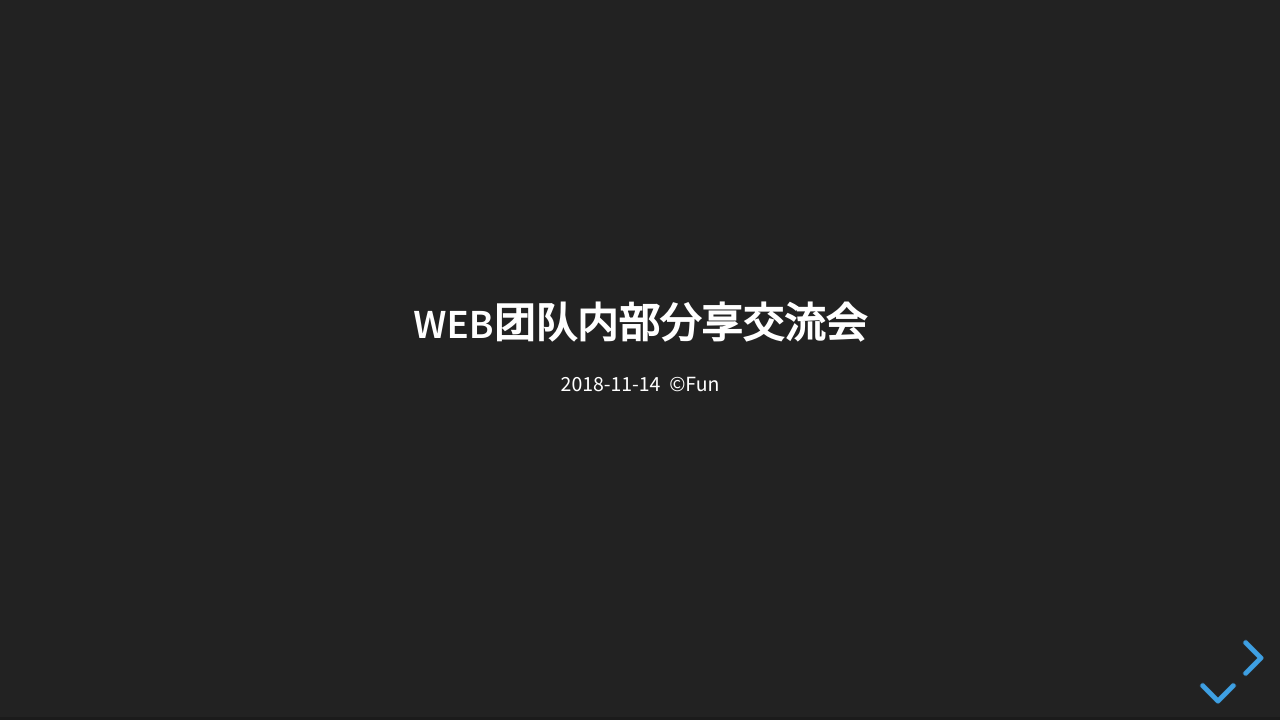
Repository: RickFang666/reveal-ppt
Page: index.html
An editor plug-in stored every save of this project. The page is shown before and after the next save, followed by the edit.
The browser window is 1280 px wide. The pictures show the whole page.

Above is the page before, as saved 2018-11-13 10:35:42.

### index.html
<!DOCTYPE html>
<html>
  <head>
    <meta charset="utf-8" />
    <meta
      name="viewport"
      content="width=device-width, initial-scale=1.0, maximum-scale=1.0, user-scalable=no"
    />

    <title>reveal.js</title>

    <link rel="stylesheet" href="css/reveal.css" />
    <link rel="stylesheet" href="css/theme/black.css" />

    <!-- Theme used for syntax highlighting of code -->
    <link rel="stylesheet" href="lib/css/zenburn.css" />
    <link rel="stylesheet" href="css/print/paper.css" />
    <link rel="stylesheet" href="css/custom.css" />
    <!-- Printing and PDF exports -->
    <!--
      <script>
      	var link = document.createElement('link');
      	link.rel = 'stylesheet';
      	link.type = 'text/css';
      	link.href = window.location.search.match(/print-pdf/gi) ? 'css/print/pdf.css' : 'css/print/paper.css';
      	document.getElementsByTagName('head')[0].appendChild(link);
      </script>
    -->
  </head>

  <body>
    <div class="reveal">
      <div class="slides">
        <section>
          <section>
            <h6>WEB团队内部分享交流会</h6>
            <p class="fs-22">2018-11-14&nbsp;&nbsp;©Fun</p>
          </section>
          <section><h4>进步始于交流，收获源于分享</h4></section>
          <!--
            <section>
            	<h4>主题：WEB技术分享与交流</h4>
            	<h4>时间：周五16：00 - 17：00</h4>
            </section>
            <section>
            	<h4 class='ta-l'>会议章程</h4>
            	<ol>
            		<li>主讲人分享技术心得等，30分钟左右</li>
            		<li>组员依次提出本周遇到的技术问题，20分钟左右</li>
            		<li>暂定为自由讨论，10分钟左右</li>
            	</ol>
            </section>
          -->
        </section>
        <section>进入主题</section>
        <section data-markdown>
          <script type="text/template">
            <p class='ta-c'>浅谈React16新特性</p>
            * error boundaries
            * portals
            * render方法新增返回类型
            * 支持自定义DOM属性
            * 更好的服务器端渲染
            * 新的打包策略
            <!-- * MIT许可和新的核心架构 -->
          </script>
        </section>
        <section>
          <section data-markdown class="ta-l">
            <script type="text/template">
              <p class='ta-c'>Better Error Handling</p>
              &emsp;&emsp;之前，组件渲染过程中的运行时错误可能会使应用处于故障状态，产生隐蔽的错误消息并需要刷新页面才能恢复。为了解决这个问题，React16 使用更灵活的错误处理策略。默认情况下，如果在组件的渲染或生命周期方法中引发错误，将会从根节点卸载整个组件树。这可以防止显示损坏的数据，但是，这可能不是理想的用户体验。
            </script>
          </section>
          <section data-markdown class="ta-l">
            <script type="text/template">
              部分UI中的JavaScript错误不应该破坏整个应用程序。为了解决这个问题，React16 引入了error boundaries，中文译为"错误边界"的新概念。
            </script>
          </section>
          <section data-markdown class="ta-l">
            <script type="text/template">
              错误边界是一种特殊的React组件，可以在其子组件树中的任何位置捕获JavaScript错误，记录这些错误并显示回退UI，而不是崩溃的组件树。
            </script>
          </section>
          <section data-markdown class="ta-l">
            <script type="text/template">
              <p>React16 新增生命周期：`componentDidCatch`</p>
              如果一个类组件定义了该生命周期方法，它将成为一个错误边界。
            </script>
          </section>
          <section data-markdown class="ta-l">
            <script type="text/template">
              ```
              // 最佳实践
              class ErrorBoundary extends React.Component {
              	state = {
              	  hasError: false
              	};
              	componentDidCatch(error, info) {
              	  this.setState({ hasError: true });
              	}
              	render() {
              	  if (this.state.hasError) {
              		return <h1>Something went wrong.</h1>;
              	  }
              	  return this.props.children;
              	}
              }
              ```
            </script>
          </section>
          <section data-markdown class="ta-l">
            <script type="text/template">
              ```
              // 作为常规组件使用
              <ErrorBoundary>
              	<App />
              </ErrorBoundary>
              ```
            </script>
          </section>
          <section data-markdown class="ta-l">
            <script type="text/template">
              <p class='ta-c'>Portals</p>
              <p>&emsp;&emsp;Portals，中文可以理解为"传送门"，提供了一种一流的方法来将子组件渲染到父组件的 DOM 结构之外的DOM节点中。默认情况下，React组件树和DOM树是完全对应的，对于一些 Modal , Overlay 之类的组件实现，通常是将它们放在顶层，但逻辑上它们可能只是属于某个子组件，这不利于组件的结构组织。</p>
            </script>
          </section>
          <section data-markdown class="ta-l">
            <script type="text/template">
              ```
              ReactDOM.createPortal(child, container)
              ```
            </script>
          </section>
          <section data-markdown class="ta-l">
            <script type="text/template">
              通过使用 `React.createPortal` ，我们可以将组件渲染到我们想要的任意DOM节点中，但它依然存在于React树中。因此，该组件的行为与其它普通组件相似，在portal内部触发的事件也将传播到父组件。对于组件划分来说，这是一个很棒的特性。
            </script>
          </section>
          <section data-markdown class="ta-l">
            <script type="text/template">
              <p class='ta-c'>New render return types</p>
              React16 添加了新的返回类型：fragments and strings
            </script>
          </section>
          <section data-markdown class="ta-l">
            <script type="text/template">
              * fragments
              <br/>
              React16 支持在组件的render方法中返回一组元素。与其它数组一样，需要为每个元素添加一个唯一的key值以避免警告：
              ```
              render() {
              	// No need to wrap list items in an extra element!
              	return [
              	  // Don't forget the keys
              	  <li key="A">First item</li>,
              	  <li key="B">Second item</li>,
              	  <li key="C">Third item</li>,
              	];
              }
              ```
            </script>
          </section>
          <section data-markdown class="ta-l">
            <script type="text/template">
              从React16.2.0 开始，进一步提高对 JSX特殊片段语法的支持。
              ```
              render() {
              	return (
              	  <>
              		<ChildA />
              		<ChildB />
              		<ChildC />
              	  </>
              	);
              }
              ```
            </script>
          </section>
          <section data-markdown class="ta-l">
            <script type="text/template">
              * string
              <br/>
              React16 支持在组件的render方法中返回字符串：
              ```
              render() {
              	return 'Look ma, no spans!';
              }
              ```
            </script>
          </section>
          <section data-markdown class="ta-l">
            <script type="text/template">
              <p class='ta-l'>所有支持的完整返回类型列表：</p>

              * react elements (jsx)
              * string
              * numbers
              * booleans
              * null
              * fragments
              * portals
            </script>
          </section>
          <section data-markdown class="ta-l">
            <script type="text/template">
              <p class='ta-c'>Support for custom DOM attributes</p>
              &emsp;&emsp;在之前的版本中，React会忽略无法识别的HTML和SVG属性，如果您使用React无法识别的属性编写JSX，则React将跳过它。
            </script>
          </section>
          <section data-markdown class="ta-l">
            <script type="text/template">
              ```
              // Your code:
              <div mycustomattribute="something" />
              ```
              ```
              // React 15 output:
              <div />
              ```
              ```
              // React 16 output:
              <div mycustomattribute="something" />
              ```
            </script>
          </section>
          <section data-markdown class="ta-l">
            <script type="text/template">
              现在，React16 不再忽略无法识别的HTML和SVG属性，而将它们直接传递给DOM。这个改动让React去掉了大部分的属性白名单，从而减小了文件大小。
            </script>
          </section>
          <!--
            <section data-markdown class='ta-l'>
            	<script type='text/template'>
            		<p>注意，您仍然应该使用规范的React命名来获取已知属性。</p>
            	</script>
            </section>
          -->
          <section data-markdown class="ta-l">
            <script type="text/template">
              <p class='ta-c'>Better server-side rendering</p>
              &emsp;&emsp;React16 包含一个完全重写的SSR。新的实现非常快，接近3倍性能于React15 ，现在提供一种流模式streaming，可以更快地把渲染的字节发送到客户端。
            </script>
          </section>
          <section data-markdown class="ta-l">
            <script type="text/template">
              另外，React16 在hydrating ( 注：指客户端基于服务器返回的HTML再次重新渲染）方面表现的更好，它不再要求初始渲染与服务器的结果完全匹配。相反，它会尝试尽可能多地重用现有的DOM。没有更多的校验和！一般来说，不建议在服务器和客户端渲染不同的内容，但在某些情况下（如时间戳）可能会有用。
            </script>
          </section>
          <section data-markdown class="ta-l">
            <script type="text/template">
              <p class='ta-c'>Reduced file size</p>
              &emsp;&emsp;React16 的体积比上个版本减小了32%
              * react is 5.3 kb (2.2 kb gzipped), down from 20.7 kb (6.9 kb gzipped).
              * react-dom is 103.7 kb (32.6 kb gzipped), down from 141 kb (42.9 kb gzipped).
              * react + react-dom is 109 kb (34.8 kb gzipped), down from 161.7 kb (49.8 kb gzipped).
            </script>
          </section>
          <section data-markdown class="ta-l">
            <script type="text/template">
              React体积的减小由于使用了新的打包策略，现在去掉了process.env检查，并且使用Rollup作为打包工具。
            </script>
          </section>
          <!--
            <section data-markdown>
            	<script type='text/template'>
            		<p class='ta-c'>Fiber</p>
            		<p class='ta-l'>&emsp;&emsp;React 16采用了新的核心架构 " Fiber " ,Facebook官方声称：Fiber是对核心算法的一次重新实现，我们改写了React。</p>
            	</script>
            </section>
          -->
        </section>
        <section>
          <section data-markdown>
            <script type="text/template">
              <p class='ta-c'>扩展</p>
              * 组件生命周期变更
              * createRef API
              * forwardRef API
              * Official Context API
              * StrictMode Component
            </script>
          </section>
        </section>
        <section>
          <section data-markdown>
            <script type="text/template">
              <p class='ta-c'>组件生命周期变更</p>
              <p class='ta-c'>未来的React版本将启用异步渲染更新</p>
            </script>
          </section>
          <section data-markdown>
            <script type="text/template">
              <p class='ta-l'>* 16.3：添加3个UNSAFE前缀的生命周期</p>
              ```
              UNSAFE_componentWillMount(){}

              UNSAFE_componentWillReceiveProps(nextProps){}

              UNSAFE_componentWillUpdate(nextProps,nextState){}
              ```
            </script>
          </section>
          <section data-markdown>
            <script type="text/template">
              <p class='ta-l'>* 未来的16.x版本：将对以下生命周期启用弃用警告</p>
              ```
              componentWillMount(){}

              componentWillReceiveProps(nextProps){}

              componentWillUpdate(nextProps,nextState){}
              ```
            </script>
          </section>
          <section data-markdown>
            <script type="text/template">
              <p class='ta-l'>* 17.0：删除以下生命周期</p>
              ```
              componentWillMount(){}

              componentWillReceiveProps(nextProps){}

              componentWillUpdate(nextProps,nextState){}
              ```
            </script>
          </section>
          <section data-markdown>
            <script type="text/template">
              * 新增生命周期：static getDerivedStateFromProps
              ```
              class Example extends React.Component {
              	static getDerivedStateFromProps(nextProps, prevState) {
              	  // ...
              	}
              }
              ```
            </script>
          </section>
          <section data-markdown>
            <script type="text/template">
              <p class='ta-l'>&emsp;&emsp;The new static getDerivedStateFromProps lifecycle is invoked after a component is instantiated as well as when it receives new props. It can return an object to update state, or null to indicate that the new props do not require any state updates.</p>
            </script>
          </section>
          <section data-markdown>
            <script type="text/template">
              <p class='ta-l'>&emsp;&emsp;Together with componentDidUpdate, this new lifecycle should cover all use cases for the legacy componentWillReceiveProps.</p>
            </script>
          </section>
          <section data-markdown>
            <script type="text/template">
              * 新增生命周期： getSnapshotBeforeUpdate
              ```
              class Example extends React.Component {
              	getSnapshotBeforeUpdate(prevProps, prevState) {
              	  // ...
              	}
              }
              ```
            </script>
          </section>
          <section data-markdown>
            <script type="text/template">
              <p class='ta-l'>&emsp;&emsp;The new getSnapshotBeforeUpdate lifecycle is called right before mutations are made (e.g. before the DOM is updated). The return value for this lifecycle will be passed as the third parameter to componentDidUpdate. (This lifecycle isn’t often needed, but can be useful in cases like manually preserving scroll position during rerenders.)</p>
            </script>
          </section>
          <section data-markdown>
            <script type="text/template">
              <p class='ta-l'>&emsp;&emsp;Together with componentDidUpdate, this new lifecycle should cover all use cases for the legacy componentWillUpdate.</p>
            </script>
          </section>
          <section data-markdown>
            <script type="text/template">
              <p class='ta-c'>createRef API</p>
              <p class='ta-l'>&emsp;&emsp;Previously, React provided two ways of managing refs: the legacy string ref API and the callback API. Although the string ref API was the more convenient of the two, it had several downsides and so our official recommendation was to use the callback form instead.</p>
            </script>
          </section>
          <section data-markdown>
            <script type="text/template">
              <p class='ta-l'>&emsp;&emsp;Version 16.3 adds a new option for managing refs that offers the convenience of a string ref without any of the downsides:</p>
            </script>
          </section>
          <section data-markdown>
            <script type="text/template">
              ```
              class MyComponent extends React.Component {
              	constructor(props) {
              	  super(props);

              	  this.inputRef = React.createRef();
              	}

              	render() {
              	  return <input type="text" ref={this.inputRef} />;
              	}

              	componentDidMount() {
              	  this.inputRef.current.focus();
              	}
              }
              ```
            </script>
          </section>
          <section data-markdown>
            <script type="text/template">
              <p class='ta-c'>forwardRef API</p>
              <p class='ta-l'>&emsp;&emsp;Generally, React components are declarative, but sometimes imperative access to the component instances and the underlying DOM nodes is necessary. This is common for use cases like managing focus, selection, or animations. React provides refs as a way to solve this problem. However, component encapsulation poses some challenges with refs.</p>
            </script>
          </section>
          <section data-markdown>
            <script type="text/template">
              <p class='ta-l'>&emsp;&emsp;For example, if you replace a `<button>` with a custom `<FancyButton>` component, the ref attribute on it will start pointing at the wrapper component instead of the DOM node (and would be null for functional components). While this is desirable for “application-level” components like FeedStory or Comment that need to be encapsulated, it can be annoying for “leaf” components such as FancyButton or MyTextInput that are typically used like their DOM counterparts, and might need to expose their DOM nodes.</p>
            </script>
          </section>
          <section data-markdown>
            <script type="text/template">
              <p class='ta-l'>&emsp;&emsp;Ref forwarding is a new opt-in feature that lets some components take a ref they receive, and pass it further down (in other words, “forward” it) to a child. In the example below, FancyButton forwards its ref to a DOM button that it renders:</p>
            </script>
          </section>
          <section data-markdown>
            <script type="text/template">
              ```
              const FancyButton = React.forwardRef((props, ref) => (
              	<button ref={ref} className="FancyButton">
              	  {props.children}
              	</button>
              ));

              // You can now get a ref directly to the DOM button:
              const ref = React.createRef();
              <FancyButton ref={ref}>Click me!</FancyButton>;
              ```
            </script>
          </section>
          <section data-markdown>
            <script type="text/template">
              <p class='ta-l'>&emsp;&emsp;This way, components using FancyButton can get a ref to the underlying button DOM node and access it if necessary—just like if they used a DOM button directly.Ref forwarding is not limited to “leaf” components that render DOM nodes. If you write higher order components, we recommend using ref forwarding to automatically pass the ref down to the wrapped class component instances.</p>
            </script>
          </section>
          <section data-markdown>
            <script type="text/template">
              <p class='ta-c'>Official Context API</p>
              <p class='ta-l'>&emsp;&emsp;For many years, React has offered an experimental API for context. Although it was a powerful tool, its use was discouraged because of inherent problems in the API, and because we always intended to replace the experimental API with a better one.</p>
            </script>
          </section>
          <section data-markdown>
            <script type="text/template">
              <p class='ta-l'>&emsp;&emsp;Version 16.3 introduces a new context API that is more efficient and supports both static type checking and deep updates.Here is an example illustrating how you might inject a “theme” using the new context API:</p>
            </script>
          </section>
          <section data-markdown>
            <script type="text/template">
              ```
              const ThemeContext = React.createContext('light');

              class ThemeProvider extends React.Component {
                state = { theme: 'light' };
                render() {
              	return (
              	  <ThemeContext.Provider value={this.state.theme}>
              		{this.props.children}
              	  </ThemeContext.Provider>
              	);
                }
              }

              class ThemedButton extends React.Component {
                render() {
              	return (
              	  <ThemeContext.Consumer>
              		{theme => <Button theme={theme} />}
              	  </ThemeContext.Consumer>
              	);
                }
              }
              ```
            </script>
          </section>
          <section data-markdown>
            <script type="text/template">
              <p class='ta-c'>StrictMode Component</p>
              <p class='ta-l'>&emsp;&emsp;StrictMode is a tool for highlighting potential problems in an application. Like Fragment, StrictMode does not render any visible UI. It activates additional checks and warnings for its descendants.</p>
            </script>
          </section>
          <section data-markdown>
            <script type="text/template">
              <p class='ta-l'>&emsp;&emsp;Although it is not possible for strict mode to catch all problems (e.g. certain types of mutation), it can help with many. If you see warnings in strict mode, those things will likely cause bugs for async rendering.</p>
            </script>
          </section>
          <section data-markdown>
            <script type="text/template">
              <p class='ta-l'>In version 16.3, StrictMode helps with:</p>
              * Identifying components with unsafe lifecycles
              * Warning about legacy string ref API usage
              * Detecting unexpected side effects
            </script>
          </section>
          <section data-markdown>
            <script type="text/template">
              <p class='ta-l'>StrictMode checks are run in development mode only; they do not impact the production build.</p>
            </script>
          </section>
        </section>
        <section><h2>Thank you !</h2></section>
      </div>
    </div>

    <script src="lib/js/head.min.js"></script>
    <script src="js/reveal.js"></script>

    <script>
      // More info about config & dependencies:
      // - https://github.com/hakimel/reveal.js#configuration
      // - https://github.com/hakimel/reveal.js#dependencies
      Reveal.initialize({
        dependencies: [
          { src: 'plugin/markdown/marked.js' },
          { src: 'plugin/markdown/markdown.js' },
          { src: 'plugin/notes/notes.js', async: true },
          {
            src: 'plugin/highlight/highlight.js',
            async: true,
            callback: function() {
              hljs.initHighlightingOnLoad()
            }
          }
        ]
      })
    </script>
  </body>
</html>

### css/custom.css
.fs-22{
    font-size:22px!important;
}

.ta-l{
    text-align: left;
}

.ta-c{
    text-align: center;
}

.fr{
    float: right;
}

Loaded but not shown: lib/css/zenburn.css (common file); lib/js/head.min.js (library); js/reveal.js (library); lib/font/source-sans-pro/source-sans-pro.css (common file); plugin/markdown/marked.js (library); plugin/markdown/markdown.js (library); plugin/notes/notes.js (library); plugin/highlight/highlight.js (library); css/reveal.css (1555 lines, source omitted); css/theme/black.css (264 lines, source omitted); css/print/paper.css (203 lines, source omitted)

After the next save:
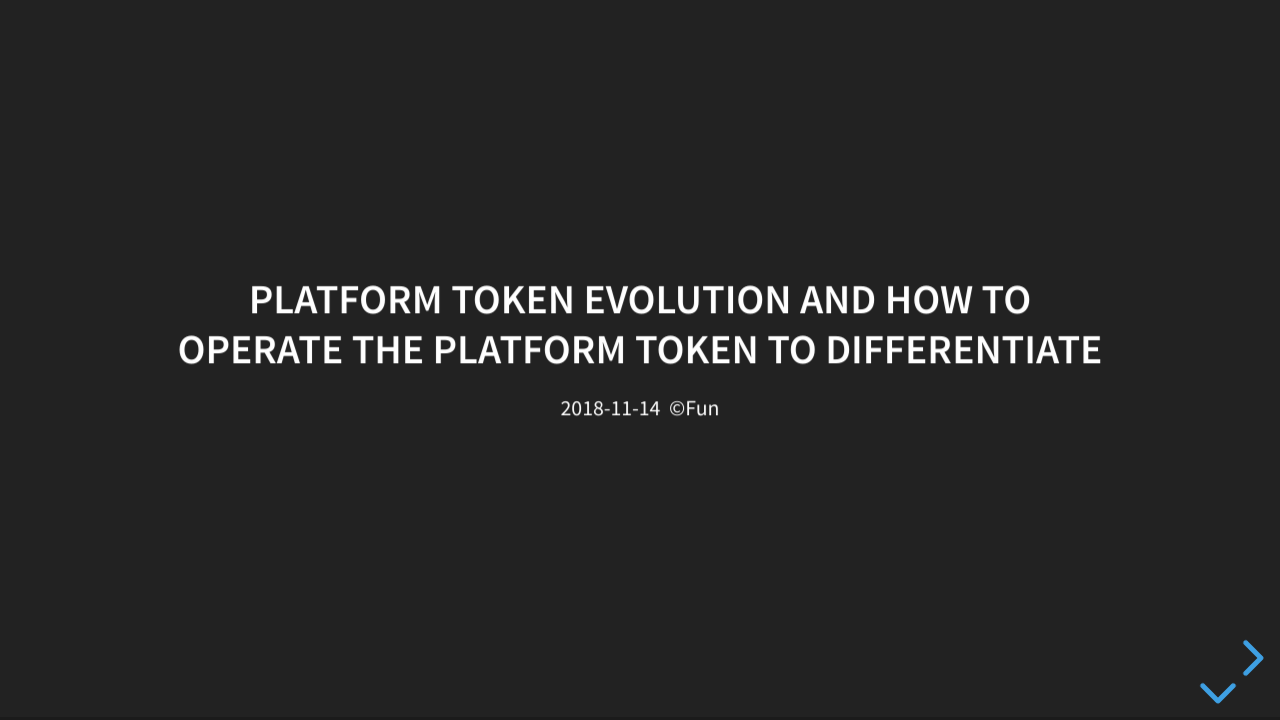
Saved 67 s later.
--- a/index.html
+++ b/index.html
@@ -33,7 +33,10 @@
       <div class="slides">
         <section>
           <section>
-            <h6>WEB团队内部分享交流会</h6>
+            <h6>
+              Platform Token evolution and how to operate the Platform Token to
+              differentiate
+            </h6>
             <p class="fs-22">2018-11-14&nbsp;&nbsp;©Fun</p>
           </section>
           <section><h4>进步始于交流，收获源于分享</h4></section>
